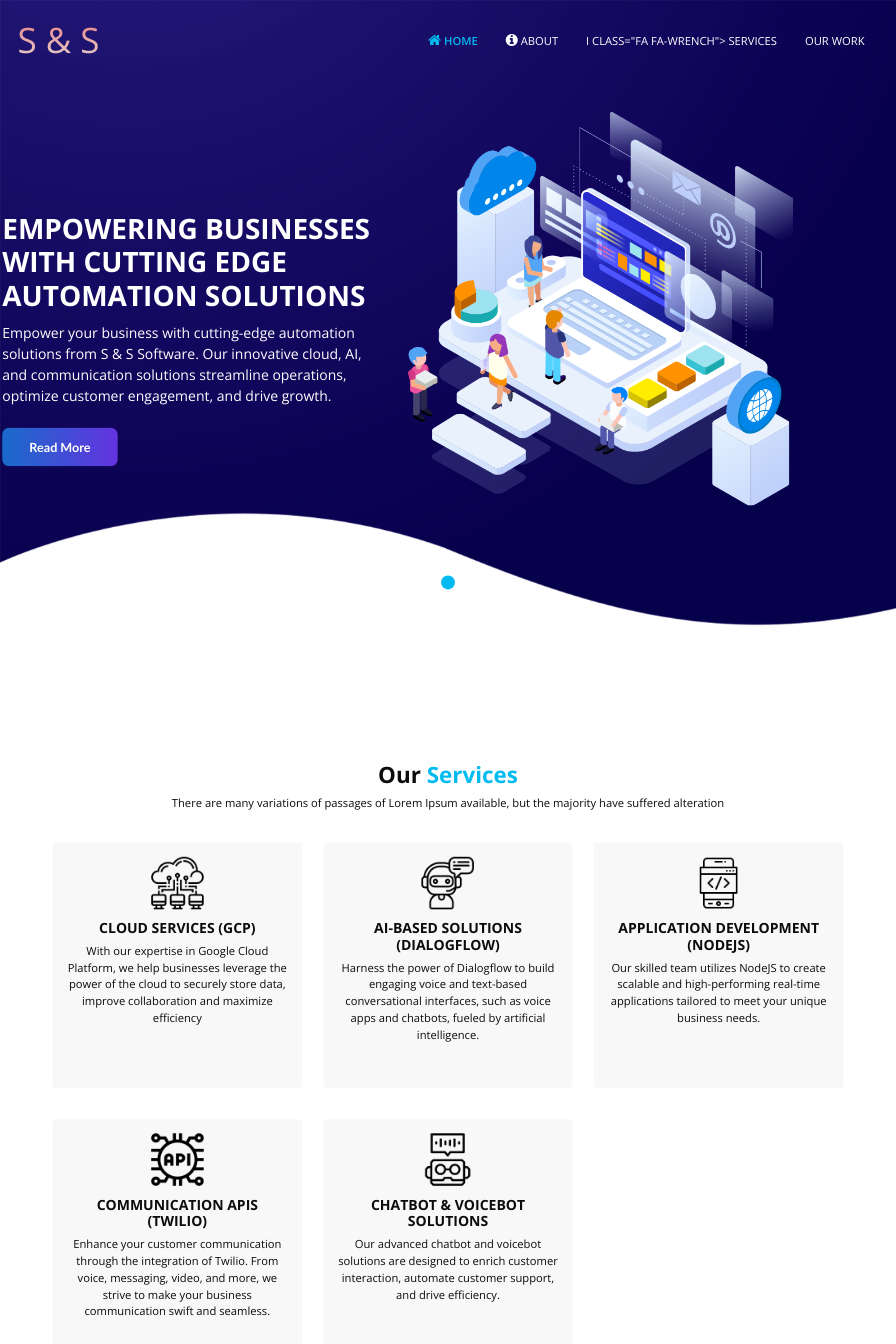
Repository: samuelsns/S-S-Software
Page: index.html
The author's editor kept a copy of each file at every save. The page is drawn from the files as they stood at one save, then again after the next save.
The browser window is 1280 px wide. The pictures show the part of the page from y = 0 to 1920 px (the page is 4829 px tall), at 70% of full size.

Above is the page before, as saved 2023-12-01 04:10:01.

After the next save:
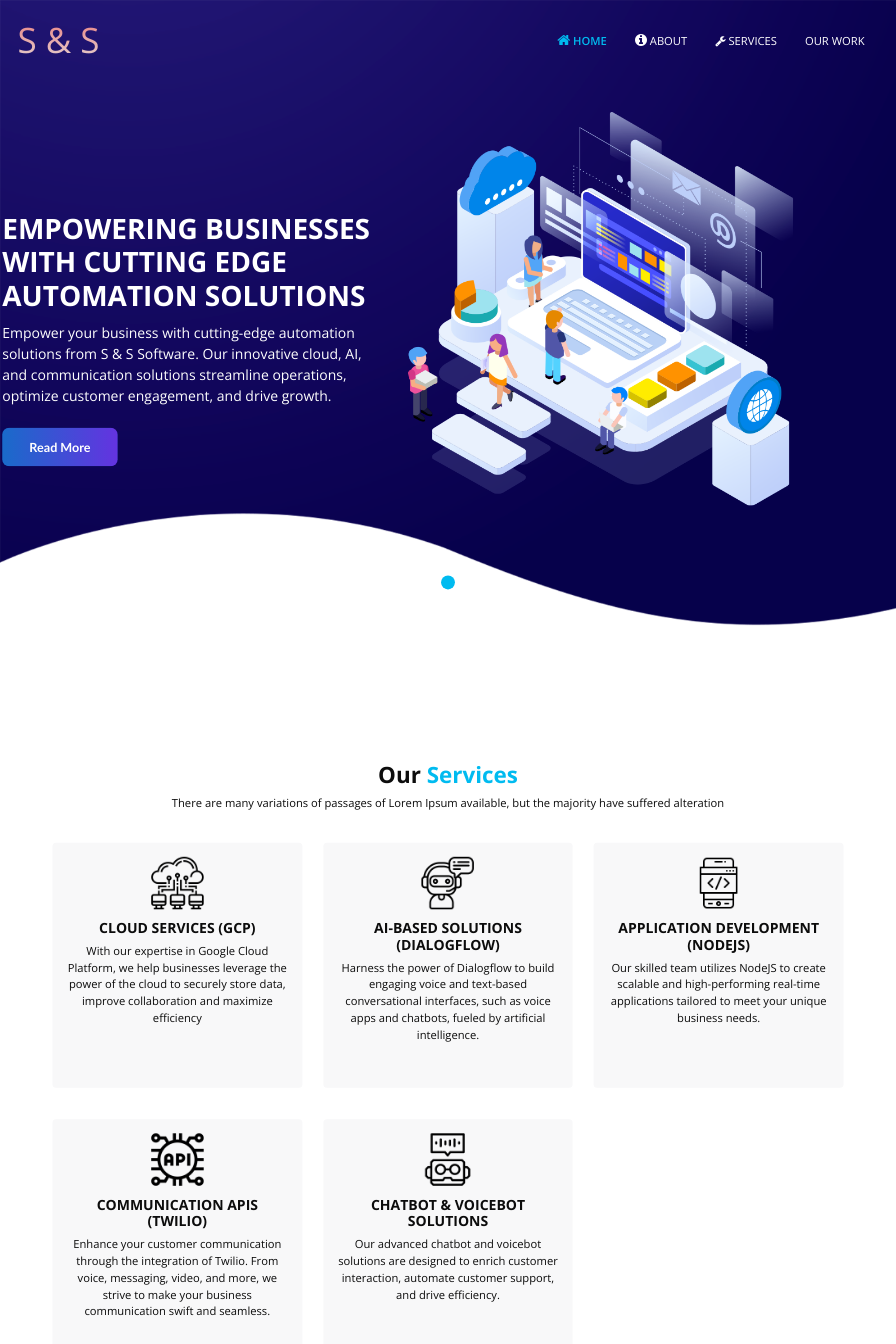
Saved 21 s later.
--- a/index.html
+++ b/index.html
@@ -80,7 +80,7 @@
                     <a class="nav-link" href="about.html"><i class="fa fa-info-circle" aria-hidden="true"></i> About</a>
                   </li>
                   <li class="nav-item">
-                    <a class="nav-link" href="service.html">i class="fa fa-wrench"></i> Services</a>
+                    <a class="nav-link" href="service.html"><i class="fa fa-wrench"></i> Services</a>
                   </li>
                   <li class="nav-item">
                     <a class="nav-link" href="work.html">Our Work</a>
